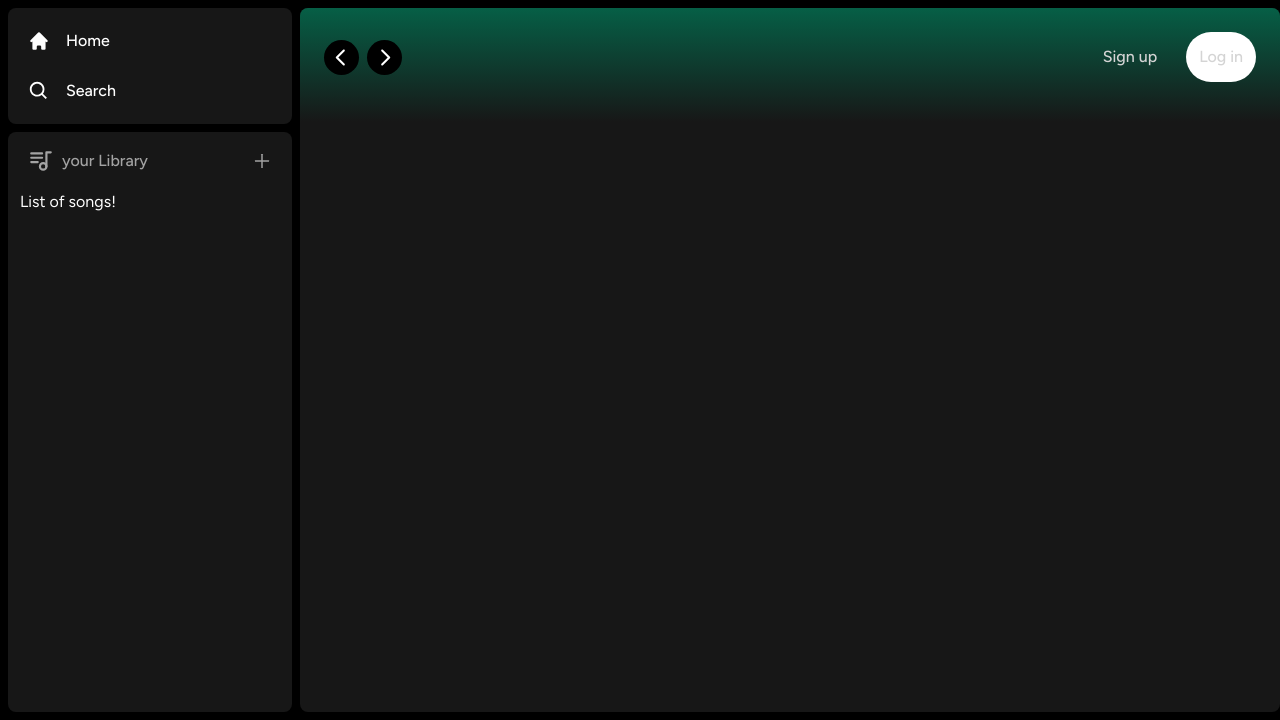
Repository: kjh4357/clone-spotify
Page: /
The author's editor kept a copy of each file at every save. The page is drawn from the files as they stood at one save, then again after the next save.
The browser window is 1280 px wide. The pictures show the whole page.
The project was rebuilt for these pictures with package versions that can differ from the ones it lists, and the page was loaded fresh each time. The framework's server and built-in components were replaced by stand-ins that run in the browser. Also part of the build but not shown: next.config.mjs.

Above is the page before, as saved 2024-09-25 17:43:52.

After the next save:
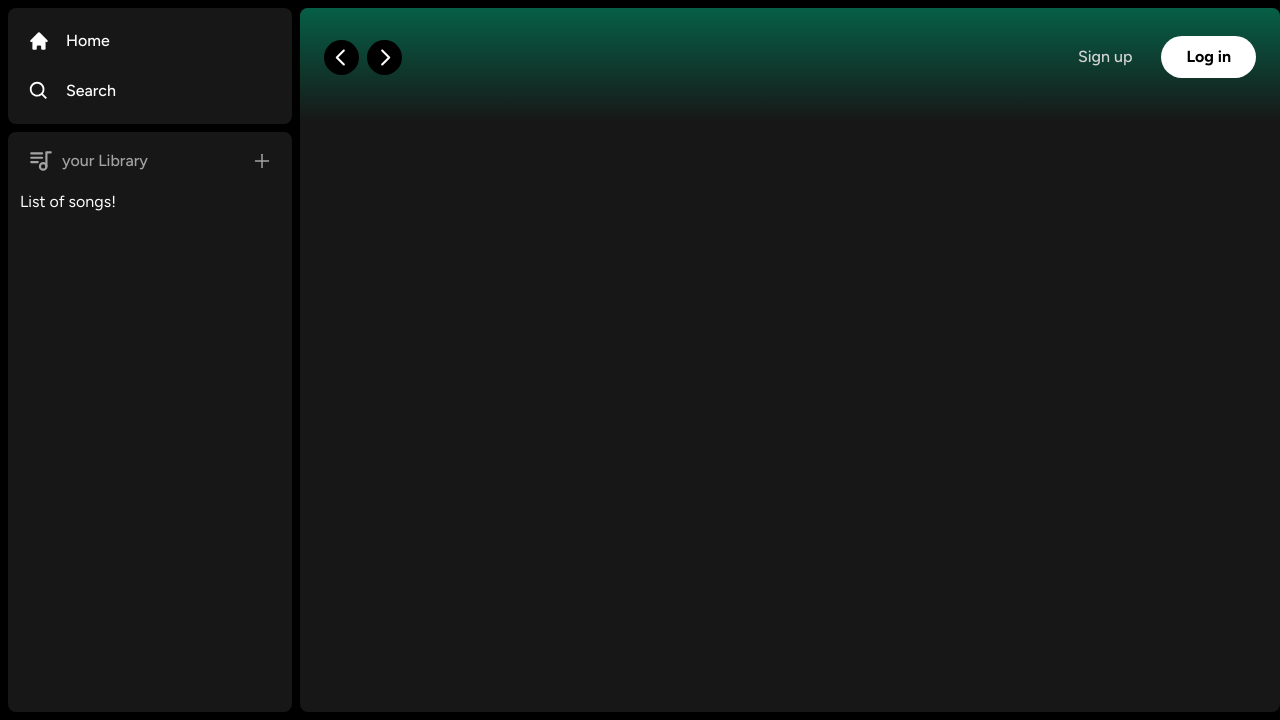
Saved 29 s later.
--- a/src/components/Header.tsx
+++ b/src/components/Header.tsx
@@ -49,12 +49,15 @@ const Header: React.FC<HeaderProps> = ({ children, classname }) => {
         <div className='flex justify-between items-center gap-x-4'>
           <>
             <div>
-              <Button className='bg-transparent text-neutral-300 font-medium'>
+              <Button
+                onClick={() => {}}
+                className='bg-transparent text-neutral-300 font-medium'
+              >
                 Sign up
               </Button>
             </div>
             <div>
-              <Button className='bg-white text-neutral-300 font-medium'>
+              <Button onClick={() => {}} className='bg-white px-6 py-2'>
                 Log in
               </Button>
             </div>
